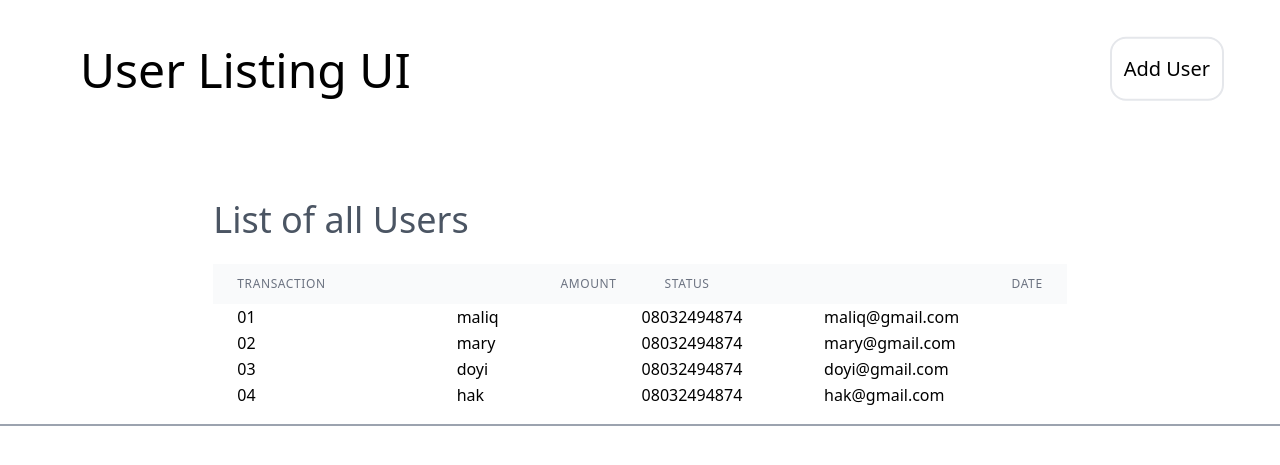
Repository: Marlstergo/listings
Page: / (app in client/)
These files come from the project's save history. The page is drawn as it stood at one moment and after the next save; the edit follows.
The browser window is 1280 px wide. The pictures show the whole page.
The project was rebuilt for these pictures with package versions that can differ from the ones it lists, and the page was loaded fresh each time. Also part of the build but not shown: client/craco.config.js, client/src/components/Loader.js, client/src/components/Order.js, client/src/components/Modal.js. Imported but missing from the stored project, and not drawn on this page: client/src/components/Base, client/src/components/Toppings.

Above is the page before, as saved 2021-07-21 09:37:06.

After the next save:
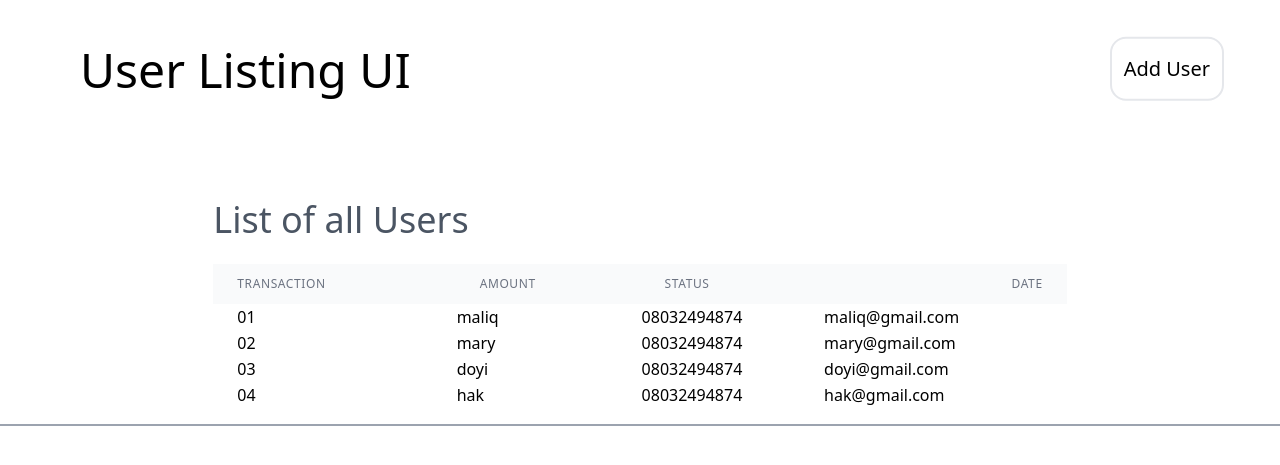
Saved 16 s later.
--- a/client/src/components/Home.js
+++ b/client/src/components/Home.js
@@ -74,7 +74,7 @@ const Home = () => {
               <th className="px-6 py-3 bg-gray-50 text-left text-xs font-medium text-gray-500 uppercase tracking-wider">
                 Transaction
               </th>
-              <th className="px-6 py-3 bg-gray-50 text-right text-xs font-medium text-gray-500 uppercase tracking-wider">
+              <th className="px-6 py-3 bg-gray-50 text-left text-xs font-medium text-gray-500 uppercase tracking-wider">
                 Amount
               </th>
               <th className=" px-6 py-3 bg-gray-50 text-left text-xs font-medium text-gray-500 uppercase tracking-wider">
